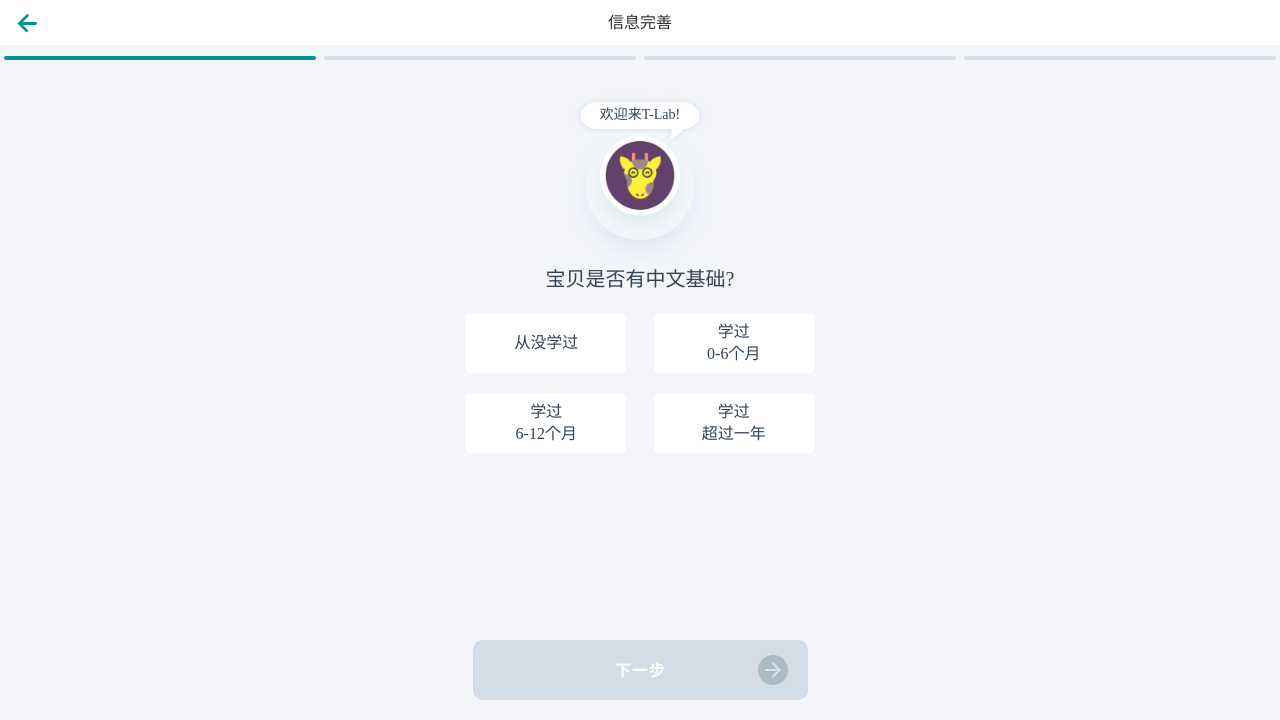
Repository: huangjf1/1
Page: /
An editor plug-in stored every save of this project. The page is shown before and after the next save, followed by the edit.
The browser window is 1280 px wide. The pictures show the whole page.
The project was rebuilt for these pictures with package versions that can differ from the ones it lists, and the page was loaded fresh each time. Also part of the build but not shown: vue.config.js.

Above is the page before, as saved 2021-08-24 12:24:13.

After the next save:
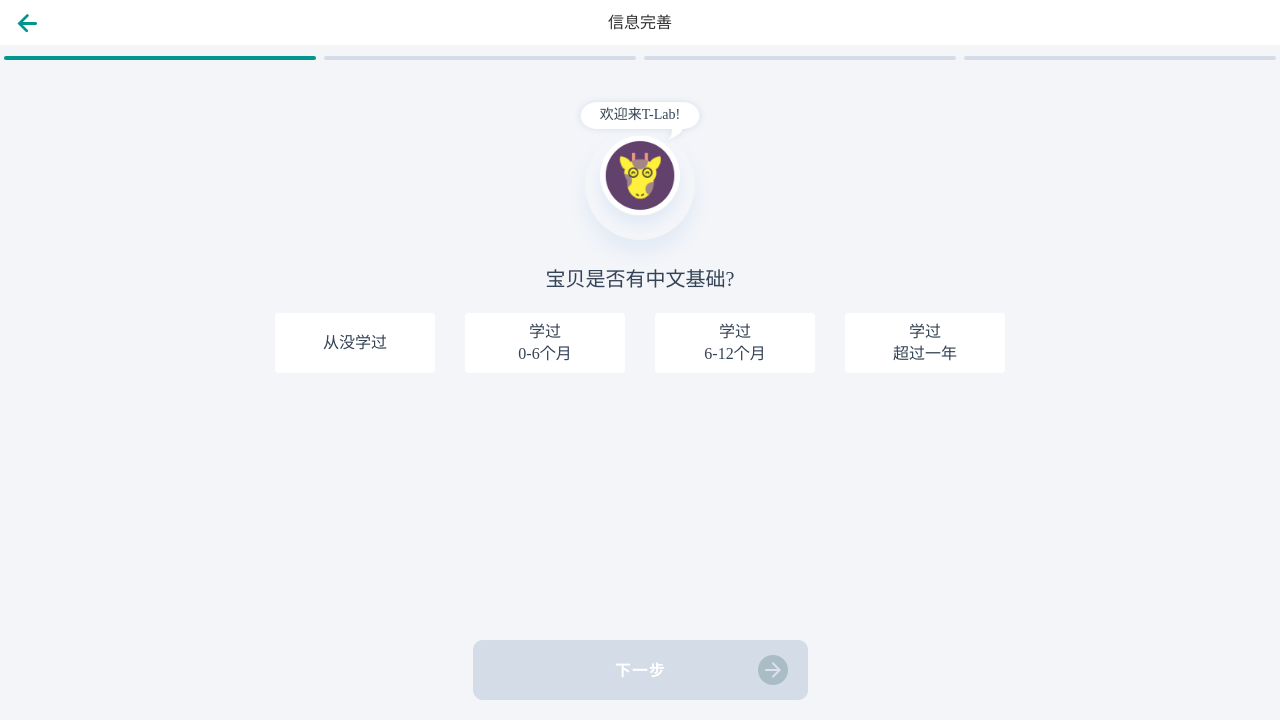
Saved 11 s later.
--- a/src/views/index.vue
+++ b/src/views/index.vue
@@ -368,7 +368,7 @@ export default {
         flex-direction: column;
         .select-chines {
           flex: 1;
-          width: 375px;
+          width: 760px;
           margin: 0 auto;
           position: relative;
           .message-info {
